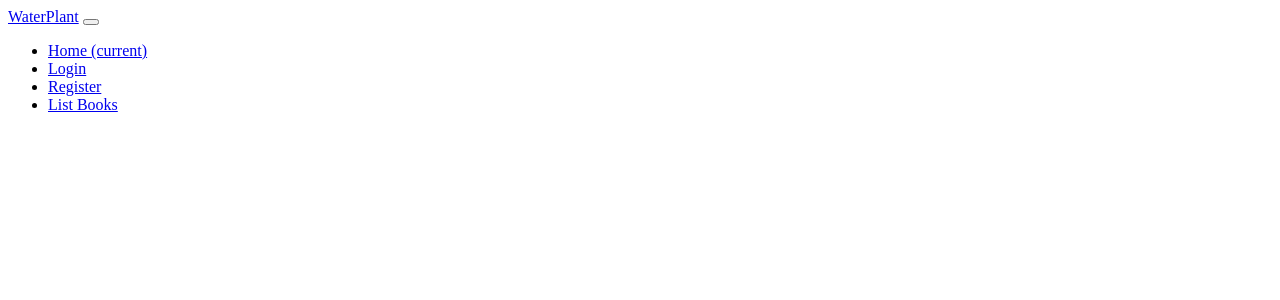
Repository: SHARMILAG97/WebApplication
Page: http://localhost/watercan-web/headers.jsp
The author's editor kept a copy of each file at every save. The page is drawn from the files as they stood at one save, then again after the next save.
The browser window is 1280 px wide. The pictures show the whole page.
The page is served by Tomcat 9.

Above is the page before, as saved 2019-09-10 10:10:34.

After the next save:
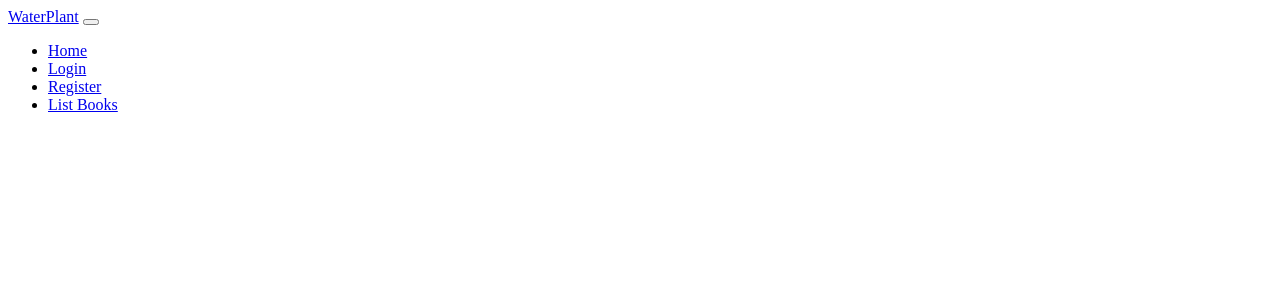
Saved 63 s later.
--- a/watercan-web/src/main/webapp/headers.jsp
+++ b/watercan-web/src/main/webapp/headers.jsp
@@ -8,7 +8,7 @@
     <div class="collapse navbar-collapse" id="navbarCollapse">
       <ul class="navbar-nav mr-auto">
         <li class="nav-item">
-          <a class="nav-link" href="index.jsp">Home <span class="sr-only">(current)</span></a>
+          <a class="nav-link" href="index.jsp">Home </a>
         </li>
         <li class="nav-item">
           <a class="nav-link" href="adminlogin.jsp">Login</a>
